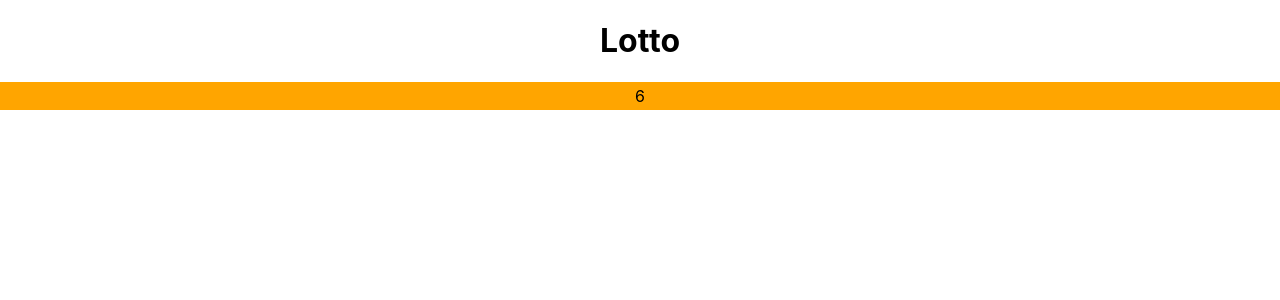
Repository: dung8466/learn-react
Page: / (app in lottery/)
The author's editor kept a copy of each file at every save. The page is drawn from the files as they stood at one save, then again after the next save.
The browser window is 1280 px wide. The pictures show the whole page.
The project was rebuilt for these pictures with package versions that can differ from the ones it lists, and the page was loaded fresh each time. Also part of the build but not shown: lottery/src/Lotto.css.

Above is the page before, as saved 2022-09-18 20:36:50.

After the next save:
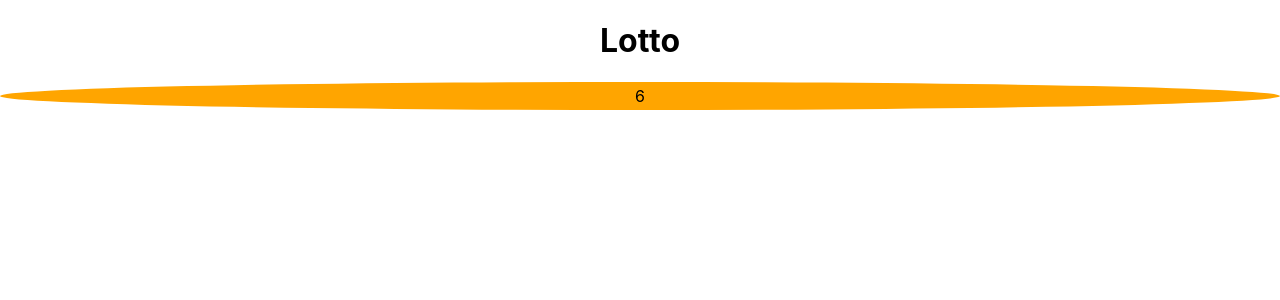
Saved 15 s later.
--- a/lottery/src/LotteryBall.css
+++ b/lottery/src/LotteryBall.css
@@ -1,4 +1,6 @@
 .ball{
     padding: 0.25em;
     background-color: orange;
+    box-sizing: border-box;
+    border-radius: 50%;
 }
